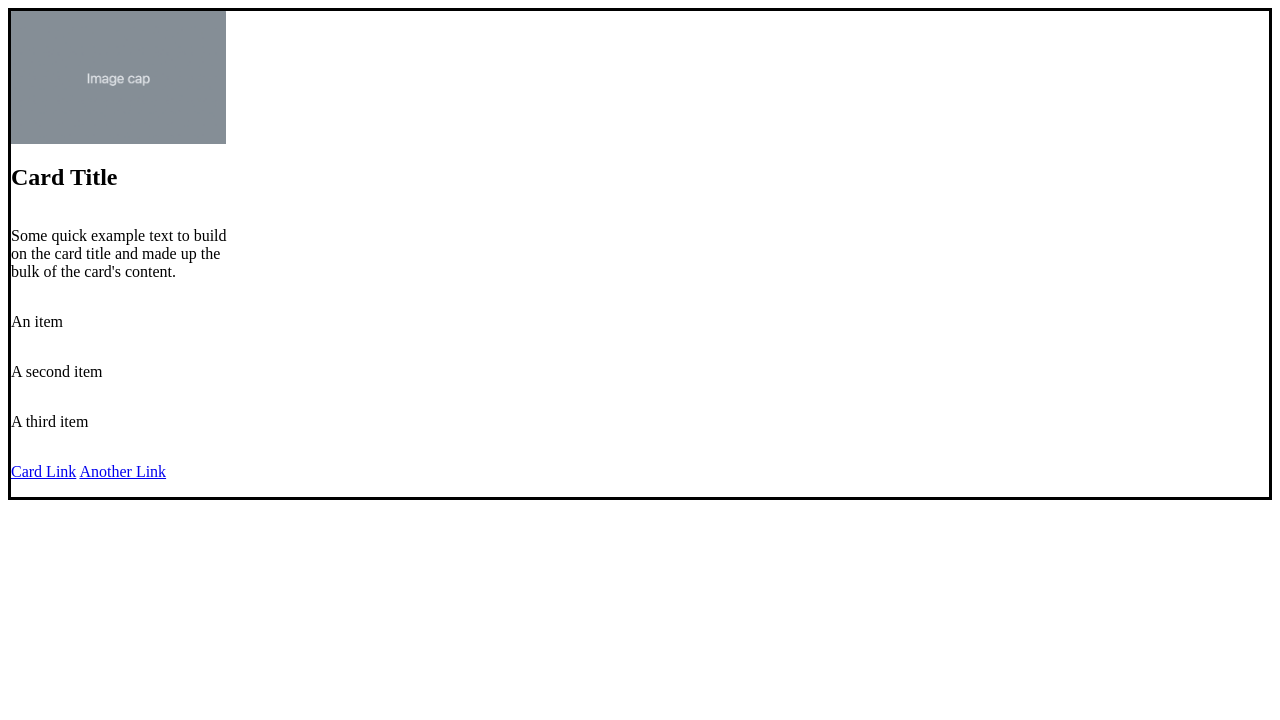
Repository: tr2cky/nav
Page: card.html
An editor plug-in stored every save of this project. The page is shown before and after the next save, followed by the edit.
The browser window is 1280 px wide. The pictures show the whole page.

Above is the page before, as saved 2022-09-27 16:03:09.

### card.html
<!DOCTYPE html>
<html lang="en">

<head>
    <meta charset="UTF-8">
    <meta http-equiv="X-UA-Compatible" content="IE=edge">
    <meta name="viewport" content="width=device-width, initial-scale=1.0">
    <title>Document</title>
    <link rel="stylesheet" href="style.css">
</head>

<body>
    <article class="container">
        <img src="imagecap.png" width="215" alt="Image Cap">
        <h2>Card Title</h2>
        <p>Some quick example text to build <br>
            on the card title and made up the <br>
            bulk of the card's content.</p>
        <p>An item</p>
        <p>A second item</p>
        <p>A third item</p>
        <p><a href="https://google.com">Card Link</a> <a href="https://twitter.com">Another Link</a></p>
    </article>
</body>

</html>

### style.css
.container {
    display: flex;
    flex-direction: column;
    border: 3px solid black;
    width: auto;
}

After the next save:
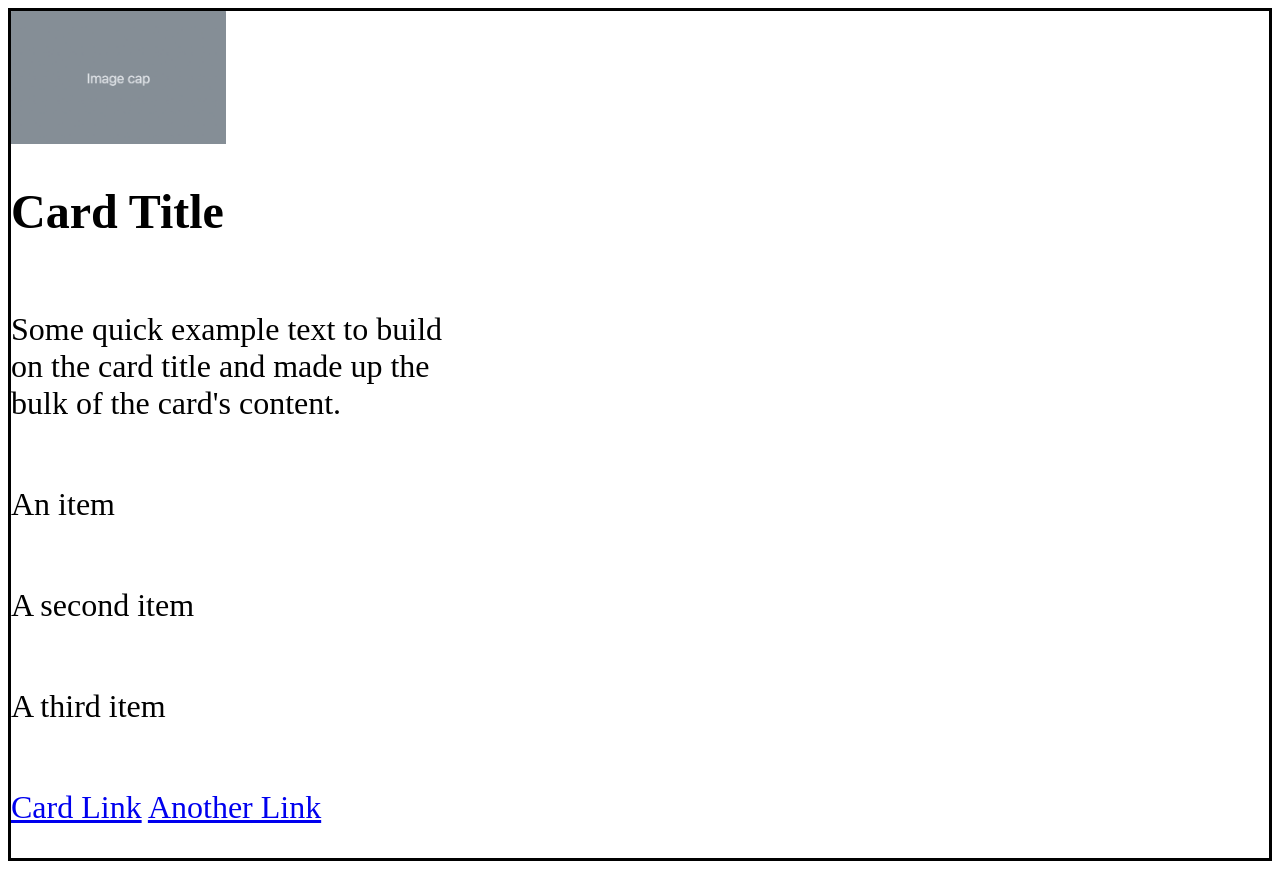
Saved 38 s later.
--- a/style.css
+++ b/style.css
@@ -2,5 +2,5 @@
     display: flex;
     flex-direction: column;
     border: 3px solid black;
-    width: auto;
+    font-size: 2rem;
 }

After the save that followed:
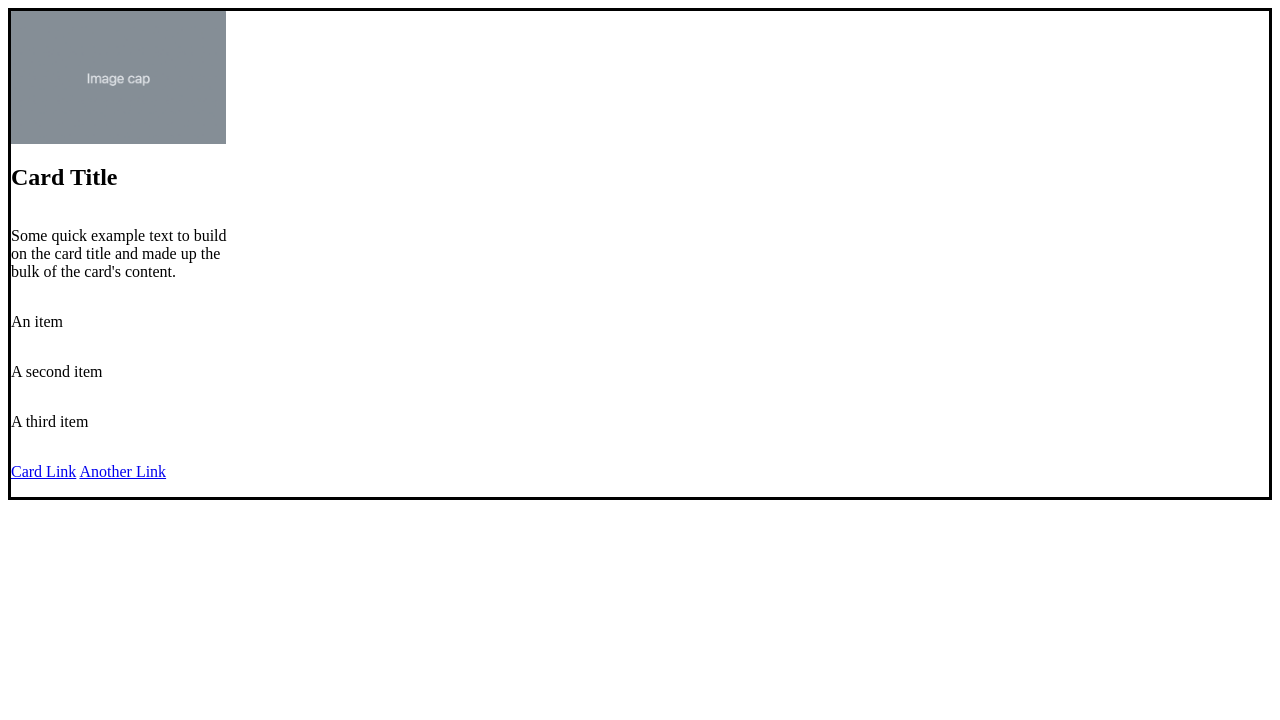
Saved 29 s later.
--- a/style.css
+++ b/style.css
@@ -2,5 +2,5 @@
     display: flex;
     flex-direction: column;
     border: 3px solid black;
-    font-size: 2rem;
+    justify-content: center;
 }
